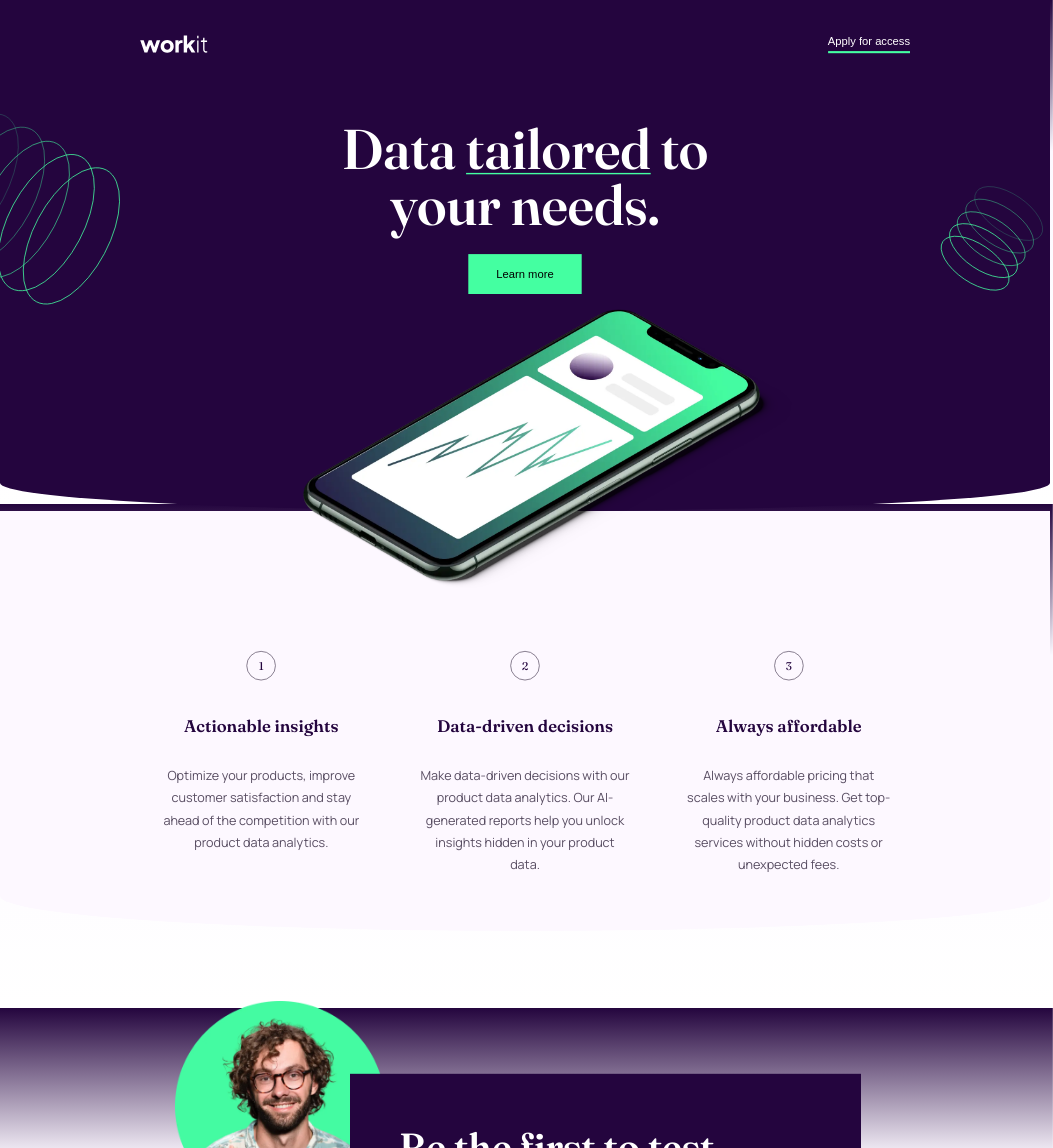
Repository: Arkitecth/landing_page
Page: starter-code/index.html
An editor plug-in stored every save of this project. The page is shown before and after the next save, followed by the edit.
The browser window is 1280 px wide. The page is 1504 px wide, so the pictures cover 1504 px, including what lies to the right of the window. The pictures show the part of the page from y = 0 to 1640 px (the page is 2341 px tall), at 70% of full size.

Above is the page before, as saved 2023-05-19 18:50:09.

### starter-code/index.html
<!DOCTYPE html>
<html lang="en">
<head>
  <meta charset="UTF-8">
  <meta name="viewport" content="width=device-width, initial-scale=1.0">

  <link rel="icon" type="image/png" sizes="32x32" href="./assets/images/favicon-32x32.png">
  <link rel="stylesheet" href="styles.css">
  <title>Frontend Mentor | Workit landing page</title>
</head>
<body>
  <div class="overlay">
    <object class="bg-pattern-1" data="assets/images/bg-pattern-1.svg"></object>
    <object class="bg-pattern-2" data="assets/images/bg-pattern-2.svg"></object>
      <div class="container">
          <!-- Hero Section -->
        <header class="hero">
            <nav class="navbar">
                <object class="logo-light" data="assets/images/logo-light.svg"></object>
                <a class="secondary-default" href="#">Apply for access </a>
            </nav>
          <!-- Heading Section -->
          <section class="heading">
              <h1>Data <span class="underline">tailored</span> to <br> your needs.</h1>
              <a class="primary-default" href="#">Learn more</a>
              <object class="image-hero" data="assets/images/image-hero.webp" width="300" height="300"></object>
          </section>
        </header>
    </div>
    </div>


    <!-- Feature Section -->
    <main class="purple-overlay">
      <div class="grid-container container ">
        <div class="content">
          <p class="feature-num">1</p>

          <h2 class="feature-heading">Actionable insights </h2>

          <p class="feature-paragraph"> Optimize your products, improve customer satisfaction and stay ahead of the competition
          with our product data analytics. </p>

        </div>

        <div class="content">
          <p class="feature-num">2</p>

          <h2 class="feature-heading">Data-driven decisions</h2>

          <p class="feature-paragraph">Make data-driven decisions with our product data analytics. Our AI-generated reports help
            you unlock insights hidden in your product data.</p>
        </div>


        <div class="content">
          <p class="feature-num">3</p>

          <h2 class="feature-heading">Always affordable</h2>

          <p class="feature-paragraph">Always affordable pricing that scales with your business. Get top-quality product data
            analytics services without hidden costs or unexpected fees.</p>

        </div>
      </div>
    </main>



<!-- About Section -->

<div class="container spacing">
  <object class="image-founder" data="assets/images/image-founder.webp" width="300" height="300"></object>
    <div class="about">
      <div class="about-container">
        <h3> Be the first to test </h3>
        <p> Hi, I'm Louis Graham, the founder of the company. Book a demo call with me to become a
        beta tester for our app and kickstart your company. Apply for access below and I’ll be
        in touch to schedule a call. </p>

        <a class="primary-default" href="#"> Apply for access </a>

      </div>
      <object class="bg-pattern-3" data="assets/images/bg-pattern-3.svg"></object>

  </div>

</div>


<!-- Footeer -->
<footer>
  <object class="logo-dark" data="assets/images/logo-dark.svg"></object>
  <div class="icons">
    <object class="icon" data="assets/images/icon-facebook.svg"></object>
    <object class="icon" data="assets/images/icon-twitter.svg" ></object>
    <object class="icon" data="assets/images/icon-instagram.svg" ></object>
  </div>

</footer>


</body>
</html>

### starter-code/styles.css
@font-face {
    font-family: "Fraunces";
    src: url("/Users/trenttuedon/Desktop/workit-landing-page/starter-code/assets/fonts/fraunces/Fraunces-VariableFont_SOFT,WONK,opsz,wght.ttf");

}

@font-face {
    font-family: "Manrope";
    src: url("starter-code/assets/fonts/manrope/Manrope-VariableFont_wght.ttf");

}

* {
    margin: 0;
    padding: 0;
}

html,body {
    background: linear-gradient(180deg, rgba(36,5,62,1) 0%, rgba(252,248,255,1) 30%, rgba(255,255,255,1) 100%);
    width: 1100px;
    max-height: 100vh;
}


/* Showcase */
.container {
    max-width: 1100px;
    margin:  auto;
}

.overlay {
    width: 1500px;
    max-width: 1500px;
    height: 730px;
    background-color: #24053e;
    border-radius: 100% /0 0 80px 80px;
}
.navbar {
    color: #fff;
    display: flex;
    justify-content: space-between;
    position: relative;
    top: 50px;
}

.navbar a {
    text-decoration: none;
    color: #fff;
}

.secondary-default {
    font-family: sans-serif;
    border-bottom: 3px solid #44ffa1;
}

.secondary-default:hover {
    color: #44ffa1;
}

.bg-pattern-1 {
   position: absolute;
   left: -140px;
   top: 140px;
}

.bg-pattern-2 {
    position: absolute;
    left: 1330px;
    top: 250px;
 }

.heading {
    justify-content: center;
    width: 635px;
    height: 258px;
    margin: 0 auto;
    margin-top: 146px;
    text-align: center;
}

.heading h1 {
    font-family: Fraunces;
    color: #fff;
    font-weight: 600;
    line-height: 80px;
    margin-bottom: 40px;
    font-size: 80px;
}

.underline {
    text-decoration: underline;
    text-decoration-thickness: 2px;
    text-decoration-color: #44ffa1;
    text-underline-offset: 6px;
}

.primary-default {
    font-family: sans-serif;
    line-height: 40px;
    background-color: #44ffa1;
    border: 0;
    color: black;
    text-decoration: none;
    padding: 20px 40px;
}

.primary-default:hover {
    background-color: #24053e;
    color: #44ffa1;
    border: 1px solid #44ffa1;
}

.image-hero {
    display: block;
    margin-top: 30px;
    width: 700px;
    height: 400px;
}

/* Features */
.grid-container {
    display: grid;
    padding-top: 200px;
    grid-template-rows: 1fr 1fr;
    grid-template-columns: 1fr 1fr 1fr;
    font-family: "Fraunces";
    gap: 30px;
    text-align: center;
}


.feature-num {
    border: 1px solid #584d62;
    border-radius: 50%;
    width: 20px;
    height: 20px;
    padding: 10px;
    margin: auto;
    text-align: center;
    margin-bottom: 50px;
    color: #24053e;
}


.purple-overlay {
    background: #fdf8ff;
    border-radius: 0 0 50% 50% / 50px;
    width: 1500px;
    height: 600px;

}

.feature-heading {
    margin-bottom: 40px;
    font-weight: 600;
    color: #24053e;
}

.feature-paragraph {
    font-family: "Manrope";
    font-size: 18px;
    line-height: 32px;
    width: 300px;
    text-align: center;
    font-weight: 400;
    color: #584d62;
    margin: auto;

}


/* About Section */

.image-founder {
    margin-left: 250px;
}

.about{
    position: relative;
    color: #fff;
    background-color: #24053e;
    width: 730px;
    height: 413px;
    bottom: 200px;
    left: 400px;
    margin-left: 100px;
}

.about-container {
    text-align: left;
    padding: 70px;
}

.about-container h3 {
    font-family: "Fraunces";
    font-size: 56px;
    font-weight: 600;
    margin-bottom: 32px;
}

.about-container p {
    font-family: "Manrope";
    font-weight: 400;
    font-size: 18px;
    line-height: 32px;
    margin-bottom: 30px;
}

.about-container a {
    margin-top: 100px;
}

.bg-pattern-3 {
    position: relative;
    bottom: 120px;
    left: 400px;
}

/* Footer */

.spacing {
    margin-top: 100px;
}

footer {
    background-color: #fff;
    margin-left: 300px;
    text-align: center;
    padding-bottom: 100px;
}

.icons {
    margin-top: 40px;

}

.icon {
    padding: 0 20px 0 20px;
}


/* Media Queries */

@media (min-width: 768px) and (max-width: 1024px) {

    .body {
        background-color: black;
    }
    .bg-pattern-1 {
        left: -200px;
    }

    .bg-pattern-2 {
        left: 1330px;
        overflow: hidden;
    }
    .grid-container {
        display: grid;
        position: relative;
        grid-template-columns: none;
        grid-template-rows: repeat(3, 1fr);
        margin-top: 200px;
        padding: 20px;
        gap: 100px;
        text-align: left;
    }
    .feature-heading {
       text-align: left;
       margin-left: 300px;
       margin-bottom: 20px;
    }
    .feature-num {
        position: absolute;
        left: 250px;
        margin-top: 50px;

    }

    .feature-paragraph {
        text-align: left;
        width: 493px;
        height: 56px;
    }

}

@media (min-width: 320px) and (max-width: 480px) {

}

@media(max-height: 100%) {
    html,body {
       width: 100vh;
    }
}

### starter-code/assets/images/bg-pattern-1.svg
<svg xmlns="http://www.w3.org/2000/svg" width="341" height="317" viewBox="0 0 341 317"><g fill="none" fill-rule="evenodd" stroke="#44FFA1" transform="rotate(-152 159.204 128.626)"><ellipse cx="54" cy="107.125" rx="53.5" ry="106.5"/><ellipse cx="94.706" cy="107" rx="53.5" ry="106.5"/><ellipse cx="134.529" cy="107.344" opacity=".75" rx="52.5" ry="106.5"/><ellipse cx="175.705" cy="108.102" opacity=".5" rx="53.5" ry="106.5"/><ellipse cx="217.294" cy="107.508" opacity=".25" rx="52.5" ry="106.5"/></g></svg>

After the next save:
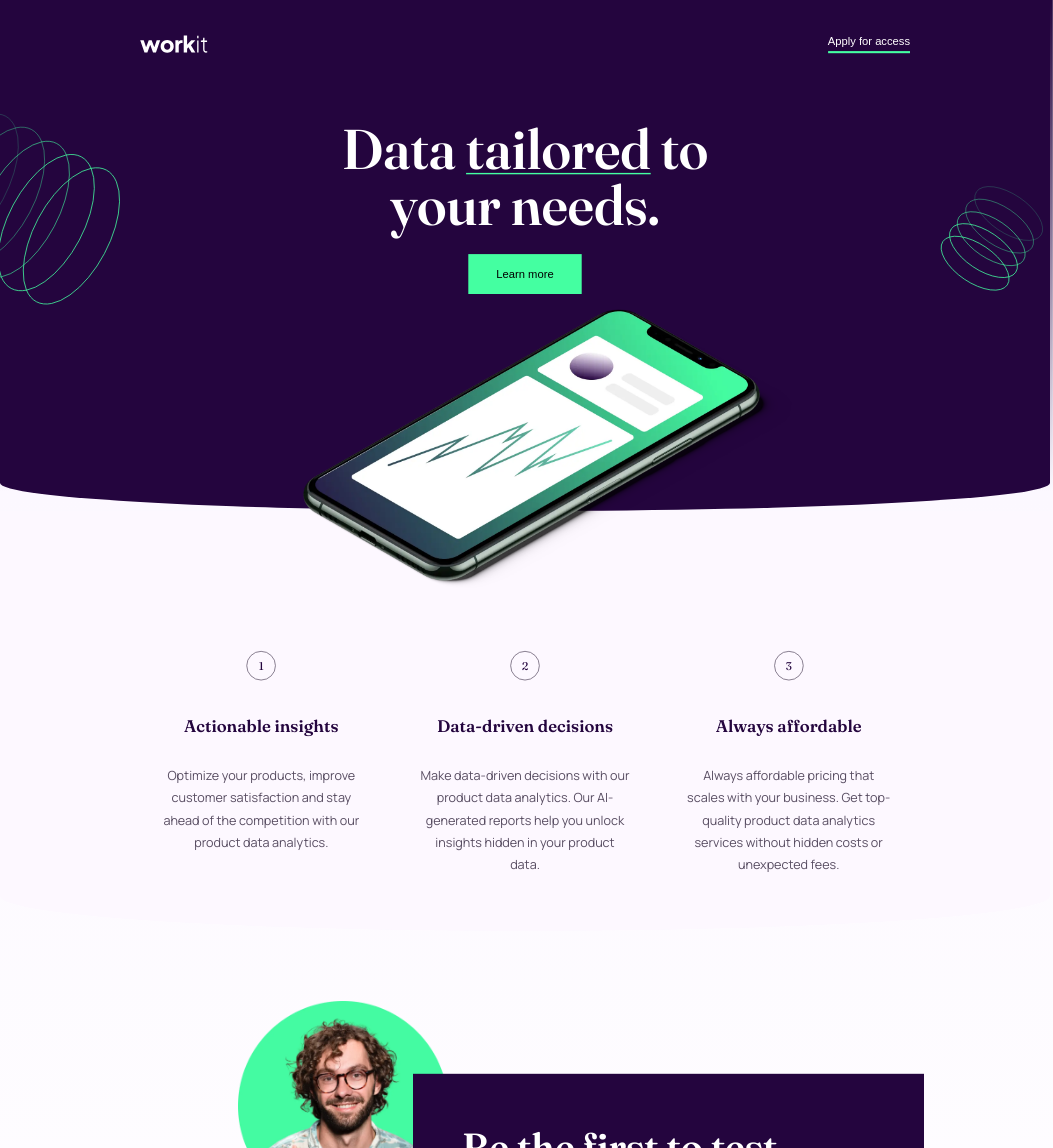
Saved 22 s later.
--- a/starter-code/styles.css
+++ b/starter-code/styles.css
@@ -17,8 +17,6 @@
 
 html,body {
     background: linear-gradient(180deg, rgba(36,5,62,1) 0%, rgba(252,248,255,1) 30%, rgba(255,255,255,1) 100%);
-    width: 1100px;
-    max-height: 100vh;
 }
 
 
@@ -290,6 +288,6 @@
 
 @media(max-height: 100%) {
     html,body {
-       width: 100vh;
-    }
-}
+       width: 100vw;
+    }
+}
